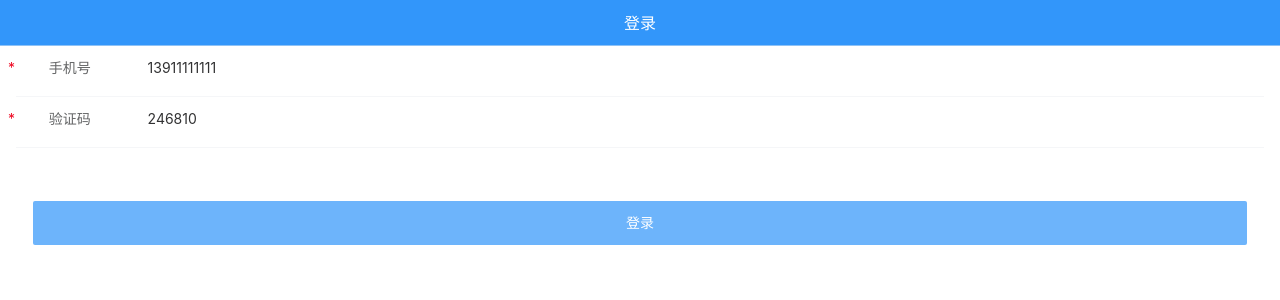
Repository: Tsukiau/toutiao-m
Page: /#/
The author's editor kept a copy of each file at every save. The page is drawn from the files as they stood at one save, then again after the next save.
The browser window is 1280 px wide. The pictures show the whole page.
Some web fonts or font styles are not loaded; a fallback is used. The project was rebuilt for these pictures with package versions that can differ from the ones it lists, and the page was loaded fresh each time. Also part of the build but not shown: vue.config.js.

Above is the page before, as saved 2022-10-14 17:20:41.

### src/main.js
import Vue from 'vue'
import App from './App.vue'
import router from './router'
import store from './store'
import '@/styles/index.less'

import 'amfe-flexible'

import Vant from 'vant'
import 'vant/lib/index.css'

Vue.use(Vant)



Vue.config.productionTip = false

new Vue({
  router,
  store,
  render: h => h(App)
}).$mount('#app')

### src/router/index.js
import Vue from 'vue'
import VueRouter from 'vue-router'

Vue.use(VueRouter)

const routes = [
  {
     path: '/',
     component: ()=> import('@/views/login')
  }

]

const router = new VueRouter({
  routes
})

export default router

### src/styles/index.less
// 加载图标样式图标
@import './icon.less';

### src/views/login/index.vue
<template>
  <div class="login-container">
    <van-nav-bar title="登录" class="page-nav-bar" />
    <!-- 登录表单 -->
    <van-form ref="loginForm" @submit="onSubmit" >
      <van-field
      v-model="user.mobile"
      required
      name="mobile"
      clearable
      label="手机号"
      placeholder="请输入手机号"
      type="number"
      maxlength="11"
      :rules="[
       {
       required: true,
       message: '手机号不能为空',
       trigger: 'blur',
       }, {
        pattern: /^1[3|5|7|8]\d{9}$/,
        message: '手机号格式错误'
       }
   ]"
    ><i slot="left-icon" class="iconfont icon-shouji"></i>
      </van-field>

      <van-field
      v-model="user.code"
      type="number"
      label="验证码"
      placeholder="请输入验证码"
      required
      maxlength="6"
      name="code"
      :rules="[
       {
       required: true,
       message: '验证码不能为空',
       }, {
        pattern: /^\d{6}$/,
        message: '验证码格式错误'
       }
   ]"
      > <i slot="left-icon" class="iconfont icon-yanzhengma"></i>
      <!-- 倒计时时间 -->
    <template #button>
          <van-count-down
          v-if="isCountDownShow"
          :time="1000 * 60" format="ss s"
          @finish="isCountDownShow = false"
          />
     </template>
     <van-button

      round
      slot="button"
      size="small"
      native-type="button"
      type="default"
      @click="onSendSms"
      >发送验证码</van-button>

      </van-field>
      <div class="login-btn-wrap">
        <van-button class="login-btn" block type="info" native-type="submit">
          登录
        </van-button>
      </div>
    </van-form>

  </div>

</template>

<script>
import {login, getSmsCode} from '@/api/user'
export default {
  name: 'LoginPage',
  data() {
    return {
      user: {
      mobile: '13911111111',
      code: '246810',
      isCountDownShow: false
    }
    }
  },
  methods: {
   async onSubmit() {
    console.log(this.$refs.loginForm.validate('mobile'));
     // 1. 展示登陆中 loading
     this.$toast.loading({
        message: '登录中...',
        forbidClick: true, // 禁用背景点击
        duration: 0 // 持续时间，默认 2000，0 表示持续展示不关闭
     })


       try {
        const res = await login(this.user)
        this.$toast.success('登录成功')
        console.log(res.data.data);
       } catch(err){
         this.$toast.fail('登录失败，请稍后重试')
       }
    },

   async onSendSms(){
    //  校验手机号

    try {
      await this.$refs.loginForm.validate('mobile')
    } catch(err){
       return console.log("验证失败",err);
    }
    //显示倒计时
    this.isCountDownShow = true;
    // 请求发送验证码
    try {
       await getSmsCode(this.user.mobile)
       this.$toast('发送成功')
    }catch(err) {
      this.isCountDownShow = false
    if (err.response.status === 429) {
      this.$toast('发送太频繁了，请稍后重试')
    } else {
      this.$toast('发送失败，请稍后重试')
    }
    }
    }


  }


}
</script>
<style scoped lang="less">
body {
  background-color: #f5f7f9;
}

.page-nav-bar {
  background-color: #3296fa;

  /deep/ .van-nav-bar__title {
    color: #fff;
  }
}

.iconfont {
  font-size: 37px;
}

.send-sms-btn {
  width: 152px;
  height: 46px;
  line-height: 46px;
  background-color: #ededed;
  font-size: 22px;
  color: #666;
}
.login-btn-wrap {
    padding: 53px 33px;
    .login-btn {
      background-color: #6db4fb;
      border: none;
    }
  }
</style>

### src/styles/icon.less
@font-face {
  font-family: "iconfont"; /* Project id 3671134 */
  src: url('//at.alicdn.com/t/c/font_3671134_2emfzv8sq1v.woff2?t=1664107686856') format('woff2'),
       url('//at.alicdn.com/t/c/font_3671134_2emfzv8sq1v.woff?t=1664107686856') format('woff'),
       url('//at.alicdn.com/t/c/font_3671134_2emfzv8sq1v.ttf?t=1664107686856') format('truetype');
}

.iconfont {
  font-family: "iconfont" !important;
  font-size: 16px;
  font-style: normal;
  -webkit-font-smoothing: antialiased;
  -moz-osx-font-smoothing: grayscale;
}

.icon-fenxiang:before {
  content: "\e60a";
}

.icon-zuopin:before {
  content: "\e60b";
}

.icon-pinglun1:before {
  content: "\e60c";
}

.icon-guanbi:before {
  content: "\e60d";
}

.icon-gengduo:before {
  content: "\e60e";
}

.icon-shanchu:before {
  content: "\e60f";
}

.icon-shouye1:before {
  content: "\e610";
}

.icon-shoucang:before {
  content: "\e611";
}

.icon-shouji1:before {
  content: "\e612";
}

.icon-zuojiantou:before {
  content: "\e613";
}

.icon-sousuo:before {
  content: "\e614";
}

.icon-dianzan:before {
  content: "\e615";
}

.icon-wenda:before {
  content: "\e616";
}

.icon-wuwangluo1:before {
  content: "\e617";
}

.icon-fenxiang1:before {
  content: "\e618";
}

.icon-dianzan2:before {
  content: "\e619";
}

.icon-shipin:before {
  content: "\e61a";
}

.icon-yanzhengma:before {
  content: "\e61b";
}

.icon-lishi1:before {
  content: "\e61c";
}

.icon-wode:before {
  content: "\e61d";
}

.icon-youjiantou:before {
  content: "\e61e";
}

.icon-zuopin1:before {
  content: "\e61f";
}

.icon-yuedu:before {
  content: "\e620";
}

.icon-pinglun:before {
  content: "\e601";
}

.icon-lishi:before {
  content: "\e602";
}

.icon-shouye:before {
  content: "\e603";
}

.icon-shouji:before {
  content: "\e604";
}

.icon-wuwangluo:before {
  content: "\e605";
}

### src/api/user.js
import request from "@/utils/request"

//用户相关的请求模块

 /**
  * 用户登录
  */
 export const login = data => {
   return request({
     method: 'POST',
     url: '/v1_0/authorizations',
     data
   })
 }

//验证码
 export const getSmsCode = mobile => {
  return request({
    method: 'GET',
    url: `/v1_0/sms/codes/${mobile}`
  })
}

### src/utils/request.js
/**
 * 封装 axios 请求模块
 */
 import axios from "axios"

 const request = axios.create({
   baseURL: "http://toutiao.itheima.net/" // 基础路径
 })

 export default request

Loaded but not shown: public/index.html (common file); src/App.vue (common file); src/store/index.js (common file)

After the next save:
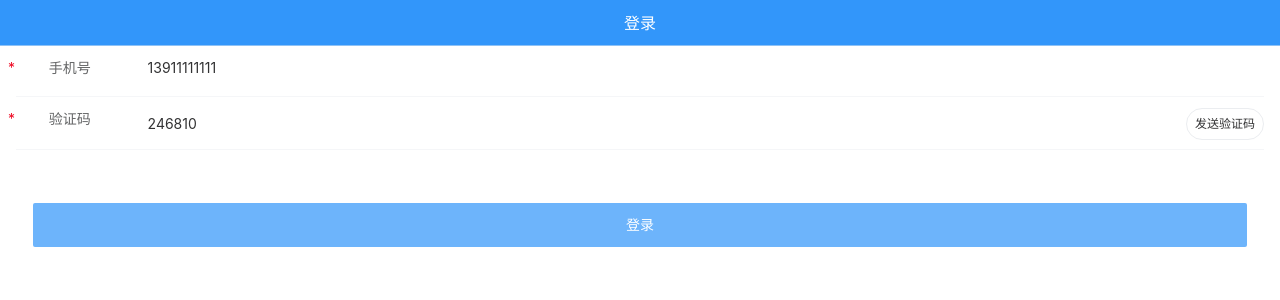
Saved 4 s later.
--- a/src/views/login/index.vue
+++ b/src/views/login/index.vue
@@ -44,13 +44,13 @@
    ]"
       > <i slot="left-icon" class="iconfont icon-yanzhengma"></i>
       <!-- 倒计时时间 -->
-    <template #button>
+ <!--    <template #button>
           <van-count-down
           v-if="isCountDownShow"
           :time="1000 * 60" format="ss s"
           @finish="isCountDownShow = false"
           />
-     </template>
+     </template>  -->
      <van-button
 
       round
